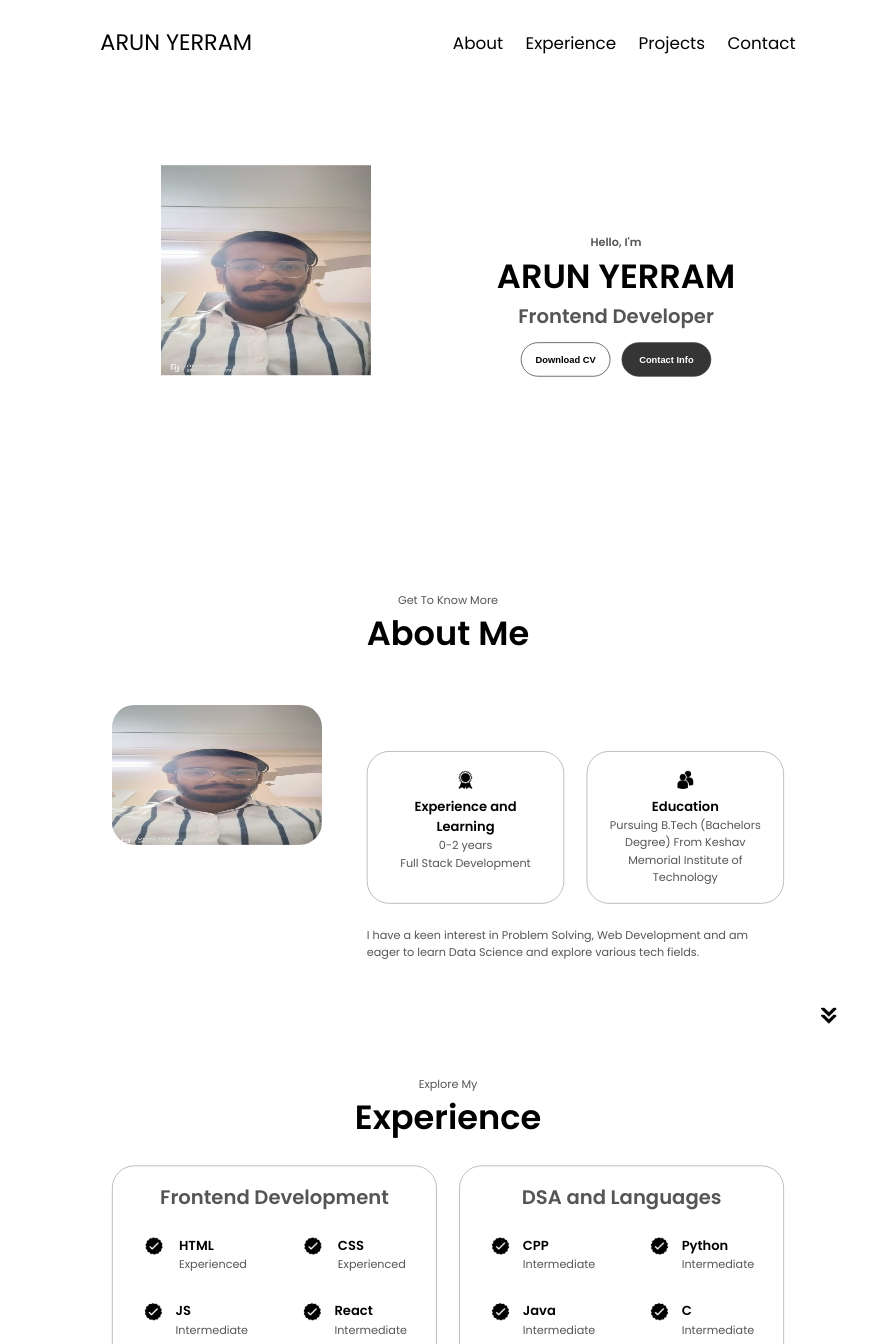
Repository: ARUN-YERRAM/ARUN-YERRAM-PORTFOLIO
Page: index.html
These files come from the project's save history. The page is drawn as it stood at one moment and after the next save; the edit follows.
The browser window is 1280 px wide. The pictures show the part of the page from y = 0 to 1920 px (the page is 3401 px tall), at 70% of full size.

Above is the page before, as saved 2024-09-04 01:33:06.

### index.html
<!DOCTYPE html>
<html lang="en">
<head>
  <meta charset="UTF-8" />
  <meta http-equiv="X-UA-Compatible" content="IE=edge" />
  <meta name="viewport" content="width=device-width, initial-scale=1.0" />
  <title>My Portfolio</title>
  <link rel="stylesheet" href="style.css" />
  <link rel="stylesheet" href="mediaqueries.css" />
</head>
<body>
  <nav id="desktop-nav">
    <div class="logo">ARUN YERRAM</div>
    <div>
      <ul class="nav-links">
        <li><a href="#about">About</a></li>
        <li><a href="#experience">Experience</a></li>
        <li><a href="#projects">Projects</a></li>
        <li><a href="#contact">Contact</a></li>
      </ul>
    </div>
  </nav>
  <nav id="hamburger-nav">
    <div class="logo">ARUN YERRAM</div>
    <div class="hamburger-menu">
      <div class="hamburger-icon" onclick="toggleMenu()">
        <span></span>
        <span></span>
        <span></span>
      </div>
      <div class="menu-links">
        <li><a href="#about" onclick="toggleMenu()">About</a></li>
        <li><a href="#experience" onclick="toggleMenu()">Experience</a></li>
        <li><a href="#projects" onclick="toggleMenu()">Projects</a></li>
        <li><a href="#contact" onclick="toggleMenu()">Contact</a></li>
      </div>
    </div>
  </nav>
  <section id="profile">
    <div class="section__pic-container">
      <img src="./assets/Arun.jpg" alt="John Doe profile picture" width="300px" height="300px" />
    </div>
    <div class="section__text">
      <p class="section__text__p1">Hello, I'm</p>
      <h1 class="title">ARUN YERRAM</h1>
      <p class="section__text__p2">Frontend Developer</p>
      <div class="btn-container">
        <button class="btn btn-color-2" onclick="window.open('./assets/My_Resume.pdf')">Download CV</button>
        <button class="btn btn-color-1" onclick="location.href='./#contact'">Contact Info</button>
      </div>

      <!-- <div id="coding-profiles">
        <p>My Coding Profiles</p>
        <div class="coding-icons">
          <img src="./assets/leetcode.png" alt="My LeetCode profile" class="icon" onclick="window.open('https://leetcode.com/u/arun_2005/', '_blank')" width="80px"/>
          <img src="./assets/GFG.jpeg" alt="My GFG profile" class="icon" width="80px" onclick="window.open('https://www.geeksforgeeks.org/user/arunyerram/?utm_source=geeksforgeeks&utm_medium=my_profile&utm_campaign=auth_user', '_blank')" />
          <img src="./assets/CodeChef.jpeg" alt="My CodeChef profile" class="icon" onclick="window.open('https://www.codechef.com/users/yarun2k05', '_blank')" width="80px"/>
          <img src="./assets/Codeforces.png" alt="My CodeForces profile" class="icon" width="80px" onclick="window.open('https://codeforces.com/profile/Arunyerram_12', '_blank')" />
          <img src="./assets/IB.png" alt="My InterviewBit profile" class="icon" width="80px" onclick="window.open('https://www.interviewbit.com/profile/yerram-arun/', '_blank')" />
        </div> -->
    </div>
  </section>
  <section id="about">
    <p class="section__text__p1">Get To Know More</p>
    <h1 class="title">About Me</h1>
    <div class="section-container">
      <div class="section__pic-container">
        <img src="./assets/Arun.jpg" alt="Profile picture" class="about-pic" width="300px" height="200px"/>
      </div>
      <div class="about-details-container">
        <div class="about-containers">
          <div class="details-container">
            <img src="./assets/experience.png" alt="Experience icon" class="icon" />
            <h3>Experience and Learning</h3>
            <p>0-2 years <br />Full Stack Development</p>
          </div>
          <div class="details-container">
            <img src="./assets/education.png" alt="Education icon" class="icon" />
            <h3>Education</h3>
            <p>Pursuing B.Tech (Bachelors Degree) From Keshav Memorial Institute of Technology <br /></p>
          </div>
        </div>
        <div class="text-container">
          <p>I have a keen interest in Problem Solving, Web Development and am eager to learn Data Science and explore various tech fields.</p>
        </div>
      </div>
    </div>
    <img src="./assets/arrow.png" alt="Arrow icon" class="icon arrow" onclick="location.href='./#experience'" />
  </section>
  <section id="experience">
    <p class="section__text__p1">Explore My</p>
    <h1 class="title">Experience</h1>
    <div class="experience-details-container">
      <div class="about-containers">
        <div class="details-container">
          <h2 class="experience-sub-title">Frontend Development</h2>
          <div class="article-container">
            <article>
              <img src="./assets/checkmark.png" alt="Experience icon" class="icon" />
              <div>
                <h3>HTML</h3>
                <p>Experienced</p>
              </div>
            </article>

            <article>
              <img src="./assets/checkmark.png" alt="Experience icon" class="icon" />
              <div>
                <h3>CSS</h3>
                <p>Experienced</p>
              </div>
            </article>

            <article>
              <img src="./assets/checkmark.png" alt="Experience icon" class="icon" />
              <div>
                <h3>JS</h3>
                <p>Intermediate</p>
              </div>
            </article>

            <article>
              <img src="./assets/checkmark.png" alt="Experience icon" class="icon" />
              <div>
                <h3>React</h3>
                <p>Intermediate</p>
              </div>
            </article>

            <article>
              <img src="./assets/checkmark.png" alt="Experience icon" class="icon" />
              <div>
                <h3>MongoDB</h3>
                <p>Intermediate</p>
              </div>
            </article>

            <article>
              <img src="./assets/checkmark.png" alt="Experience icon" class="icon" />
              <div>
                <h3>Node JS</h3>
                <p>Intermediate</p>
              </div>
            </article>

            <article>
              <img src="./assets/checkmark.png" alt="Experience icon" class="icon" />
              <div>
                <h3>Express JS</h3>
                <p>Intermediate</p>
              </div>
            </article>

            <article>
              <img src="./assets/checkmark.png" alt="Experience icon" class="icon" />
              <div>
                <h3>Git & GitHub</h3>
                <p>Intermediate</p>
              </div>
            </article>

          </div>
        </div>
        <div class="details-container">
          <h2 class="experience-sub-title">DSA and Languages</h2>
          <div class="article-container">
            <article>
              <img src="./assets/checkmark.png" alt="Experience icon" class="icon" />
              <div>
                <h3>CPP</h3>
                <p>Intermediate</p>
              </div>
            </article>
            <article>
              <img src="./assets/checkmark.png" alt="Experience icon" class="icon" />
              <div>
                <h3>Python</h3>
                <p>Intermediate</p>
              </div>
            </article>

            <article>
              <img src="./assets/checkmark.png" alt="Experience icon" class="icon" />
              <div>
                <h3>Java</h3>
                <p>Intermediate</p>
              </div>
            </article>

            <article>
              <img src="./assets/checkmark.png" alt="Experience icon" class="icon" />
              <div>
                <h3>C</h3>
                <p>Intermediate</p>
              </div>
            </article>
          </div>
        </div>
      </div>
    </div>
    <img src="./assets/arrow.png" alt="Arrow icon" class="icon arrow" onclick="location.href='./#projects'" />
  </section>
  <section id="projects">
    <p class="section__text__p1">Browse My Recent</p>
    <h1 class="title">Projects</h1>
    <div class="experience-details-container">
      <div class="about-containers">
        <div class="details-container color-container">
          <div class="article-container">
            <img src="./assets/P1.png" alt="Project 1" class="project-img" />
          </div>
          <h2 class="experience-sub-title project-title">NYAAYSAHAAYAK</h2>
          <div class="btn-container">
            <button class="btn btn-color-2 project-btn" onclick="location.href='https://github.com/ARUN-YERRAM/NYAAYSAHAAYAK'">GitHub</button>
            <button class="btn btn-color-2 project-btn" onclick="location.href=''">Live Demo</button>
          </div>
        </div>
        <div class="details-container color-container">
          <div class="article-container">
            <img src="./assets/project-2.png" alt="Project 2" class="project-img" />
          </div>
          <h2 class="experience-sub-title project-title">LecturesCheck</h2>
          <div class="btn-container">
            <button class="btn btn-color-2 project-btn" onclick="location.href='https://github.com/ARUN-YERRAM/LecturesCheck'">GitHub</button>
            <button class="btn btn-color-2 project-btn" onclick="location.href=''">Live Demo</button>
          </div>
        </div>
      </div>
    </div>
    <img src="./assets/arrow.png" alt="Arrow icon" class="icon arrow" onclick="location.href='./#contact'" />
  </section>
  <section id="contact">
    <p class="section__text__p1">Get in Touch</p>
    <h1 class="title">Contact Me</h1>
    <div class="contact-info-upper-container">
      <div class="contact-info-container">
        <img src="./assets/email.png" alt="Email icon" class="icon contact-icon email-icon" />
        <p><a href="mailto:arunyerram12022005@gmail.com">arunyerram12022005@gmail.com</a></p>
      </div>
      <div class="contact-info-container">
        <img src="./assets/linkedin.png" alt="LinkedIn icon" class="icon contact-icon" />
        <p><a href="https://www.linkedin.com/in/arun-yerram/">LinkedIn</a></p>
      </div>
    </div>
  </section>
  <footer>
    <nav>
      <div class="nav-links-container">
        <ul class="nav-links">
          <li><a href="#about">About</a></li>
          <li><a href="#experience">Experience</a></li>
          <li><a href="#projects">Projects</a></li>
          <li><a href="#contact">Contact</a></li>
        </ul>
      </div>
    </nav>
    <p>Copyright &#169; 2024 Arun Yerram. All Rights Reserved.</p>
  </footer>
  <script src="script.js"></script>
</body>
</html>

### style.css
/* GENERAL */

@import url("https://fonts.googleapis.com/css2?family=Poppins:wght@300;400;500;600&display=swap");

* {
  margin: 0;
  padding: 0;
}

body {
  font-family: "Poppins", sans-serif;
}

html {
  scroll-behavior: smooth;
}

p {
  color: rgb(85, 85, 85);
}

/* TRANSITION */

a,
.btn {
  transition: all 300ms ease;
}


/* DESKTOP NAV */

nav,
.nav-links {
  display: flex;
}

nav {
  justify-content: space-around;
  align-items: center;
  height: 17vh;
}

.nav-links {
  gap: 2rem;
  list-style: none;
  font-size: 1.5rem;
}

a {
  color: black;
  text-decoration: none;
  text-decoration-color: white;
}

a:hover {
  color: grey;
  text-decoration: underline;
  text-underline-offset: 1rem;
  text-decoration-color: rgb(181, 181, 181);
}

.logo {
  font-size: 2rem;
}

.logo:hover {
  cursor: default;
}

/* HAMBURGER MENU */

#hamburger-nav {
  display: none;
}

.hamburger-menu {
  position: relative;
  display: inline-block;
}

.hamburger-icon {
  display: flex;
  flex-direction: column;
  justify-content: space-between;
  height: 24px;
  width: 30px;
  cursor: pointer;
}

.hamburger-icon span {
  width: 100%;
  height: 2px;
  background-color: black;
  transition: all 0.3 ease-in-out;
}

.menu-links {
  position: absolute;
  top: 100%;
  right: 0;
  background-color: white;
  width: fit-content;
  max-height: 0;
  overflow: hidden;
  transition: all 0.3 ease-in-out;
}

.menu-links a {
  display: block;
  padding: 10px;
  text-align: center;
  font-size: 1.5rem;
  color: black;
  text-decoration: none;
  transition: all 0.3 ease-in-out;
}

.menu-links li {
  list-style: none;
}

.menu-links.open {
  max-height: 300px;
}

.hamburger-icon.open span:first-child {
  transform: rotate(45deg) translate(10px, 5px);
}

.hamburger-icon.open span:nth-child(2) {
  opacity: 0;
}

.hamburger-icon.open span:last-child {
  transform: rotate(-45deg) translate(10px, -5px);
}

.hamburger-icon span:first-child {
  transform: none;
}

.hamburger-icon span:first-child {
  opacity: 1;
}

.hamburger-icon span:first-child {
  transform: none;
}


#socials-container {
  display: flex;
  align-items: center;
  justify-content: center;
  margin-top: 20px; /* Adjusted space between buttons and profiles */
}

#coding-profiles {
  margin-top: 40px; /* Space between social icons and coding profiles */
  text-align: center;
}

#coding-profiles p {
  font-size: 1.2em;
  margin-bottom: 20px; /* Space between heading and icons */
}

.coding-icons {
  display: flex;
  justify-content: center;
  gap: 20px; /* Space between coding profile icons */
}


/* SECTIONS */

section {
  padding-top: 4vh;
  height: 96vh;
  margin: 0 10rem;
  box-sizing: border-box;
  min-height: fit-content;
}

.section-container {
  display: flex;
}

/* PROFILE SECTION */

#profile {
  display: flex;
  justify-content: center;
  gap: 5rem;
  height: 80vh;
}

.section__pic-container {
  display: flex;
  height: 400px;
  width: 400px;
  margin: auto 0;
}

.section__text {
  align-self: center;
  text-align: center;
}

.section__text p {
  font-weight: 600;
}

.section__text__p1 {
  text-align: center;
}

.section__text__p2 {
  font-size: 1.75rem;
  margin-bottom: 1rem;
}

.title {
  font-size: 3rem;
  text-align: center;
}

#socials-container {
  display: flex;
  justify-content: center;
  margin-top: 1rem;
  gap: 1rem;
}

/* ICONS */

.icon {
  cursor: pointer;
  height: 2rem;
}

/* BUTTONS */

.btn-container {
  display: flex;
  justify-content: center;
  gap: 1rem;
}

.btn {
  font-weight: 600;
  transition: all 300ms ease;
  padding: 1rem;
  width: 8rem;
  border-radius: 2rem;
}

.btn-color-1,
.btn-color-2 {
  border: rgb(53, 53, 53) 0.1rem solid;
}

.btn-color-1:hover,
.btn-color-2:hover {
  cursor: pointer;
}

.btn-color-1,
.btn-color-2:hover {
  background: rgb(53, 53, 53);
  color: white;
}

.btn-color-1:hover {
  background: rgb(0, 0, 0);
}

.btn-color-2 {
  background: none;
}

.btn-color-2:hover {
  border: rgb(255, 255, 255) 0.1rem solid;
}

.btn-container {
  gap: 1rem;
}

/* ABOUT SECTION */

#about {
  position: relative;
}

.about-containers {
  gap: 2rem;
  margin-bottom: 2rem;
  margin-top: 2rem;
}

.about-details-container {
  justify-content: center;
  flex-direction: column;
}

.about-containers,
.about-details-container {
  display: flex;
}

.about-pic {
  border-radius: 2rem;
}

.arrow {
  position: absolute;
  right: -5rem;
  bottom: 2.5rem;
}

.details-container {
  padding: 1.5rem;
  flex: 1;
  background: white;
  border-radius: 2rem;
  border: rgb(53, 53, 53) 0.1rem solid;
  border-color: rgb(163, 163, 163);
  text-align: center;
}

.section-container {
  gap: 4rem;
  height: 80%;
}

.section__pic-container {
  height: 400px;
  width: 400px;
  margin: auto 0;
}

/* EXPERIENCE SECTION */

#experience {
  position: relative;
}

.experience-sub-title {
  color: rgb(85, 85, 85);
  font-weight: 600;
  font-size: 1.75rem;
  margin-bottom: 2rem;
}

.experience-details-container {
  display: flex;
  justify-content: center;
  flex-direction: column;
}

.article-container {
  display: flex;
  text-align: initial;
  flex-wrap: wrap;
  flex-direction: row;
  gap: 2.5rem;
  justify-content: space-around;
}

article {
  display: flex;
  width: 10rem;
  justify-content: space-around;
  gap: 0.5rem;
}

article .icon {
  cursor: default;
}

/* PROJECTS SECTION */

#projects {
  position: relative;
}

.color-container {
  border-color: rgb(163, 163, 163);
  background: rgb(250, 250, 250);
}

.project-img {
  border-radius: 2rem;
  width: 90%;
  height: 90%;
}

.project-title {
  margin: 1rem;
  color: black;
}

.project-btn {
  color: black;
  border-color: rgb(163, 163, 163);
}

/* CONTACT */

#contact {
  display: flex;
  justify-content: center;
  flex-direction: column;
  height: 70vh;
}

.contact-info-upper-container {
  display: flex;
  justify-content: center;
  border-radius: 2rem;
  border: rgb(53, 53, 53) 0.1rem solid;
  border-color: rgb(163, 163, 163);
  background: (250, 250, 250);
  margin: 2rem auto;
  padding: 0.5rem;
}

.contact-info-container {
  display: flex;
  align-items: center;
  justify-content: center;
  gap: 0.5rem;
  margin: 1rem;
}

.contact-info-container p {
  font-size: larger;
}

.contact-icon {
  cursor: default;
}

.email-icon {
  height: 2.5rem;
}

/* FOOTER SECTION */

footer {
  height: 26vh;
  margin: 0 1rem;
}

footer p {
  text-align: center;
}

### mediaqueries.css
@media screen and (max-width: 1400px) {
  #profile {
    height: 83vh;
    margin-bottom: 6rem;
  }
  .about-containers {
    flex-wrap: wrap;
  }
  #contact,
  #projects {
    height: fit-content;
  }
}

@media screen and (max-width: 1200px) {
  #desktop-nav {
    display: none;
  }
  #hamburger-nav {
    display: flex;
  }
  #experience,
  .experience-details-container {
    margin-top: 2rem;
  }
  #profile,
  .section-container {
    display: block;
  }
  .arrow {
    display: none;
  }
  section,
  .section-container {
    height: fit-content;
  }
  section {
    margin: 0 5%;
  }
  .section__pic-container {
    width: 275px;
    height: 275px;
    margin: 0 auto 2rem;
  }
  .about-containers {
    margin-top: 0;
  }
}

@media screen and (max-width: 600px) {
  #contact,
  footer {
    height: 40vh;
  }
  #profile {
    height: 83vh;
    margin-bottom: 0;
  }
  article {
    font-size: 1rem;
  }
  footer nav {
    height: fit-content;
    margin-bottom: 2rem;
  }
  .about-containers,
  .contact-info-upper-container,
  .btn-container {
    flex-wrap: wrap;
  }
  .contact-info-container {
    margin: 0;
  }
  .contact-info-container p,
  .nav-links li a {
    font-size: 1rem;
  }
  .experience-sub-title {
    font-size: 1.25rem;
  }
  .logo {
    font-size: 1.5rem;
  }
  .nav-links {
    flex-direction: column;
    gap: 0.5rem;
    text-align: center;
  }
  .section__pic-container {
    width: auto;
    height: 46vw;
    justify-content: center;
  }
  .section__text__p2 {
    font-size: 1.25rem;
  }
  .title {
    font-size: 2rem;
  }
  .text-container {
    text-align: justify;
  }
}

Loaded but not shown: script.js (common file)

After the next save:
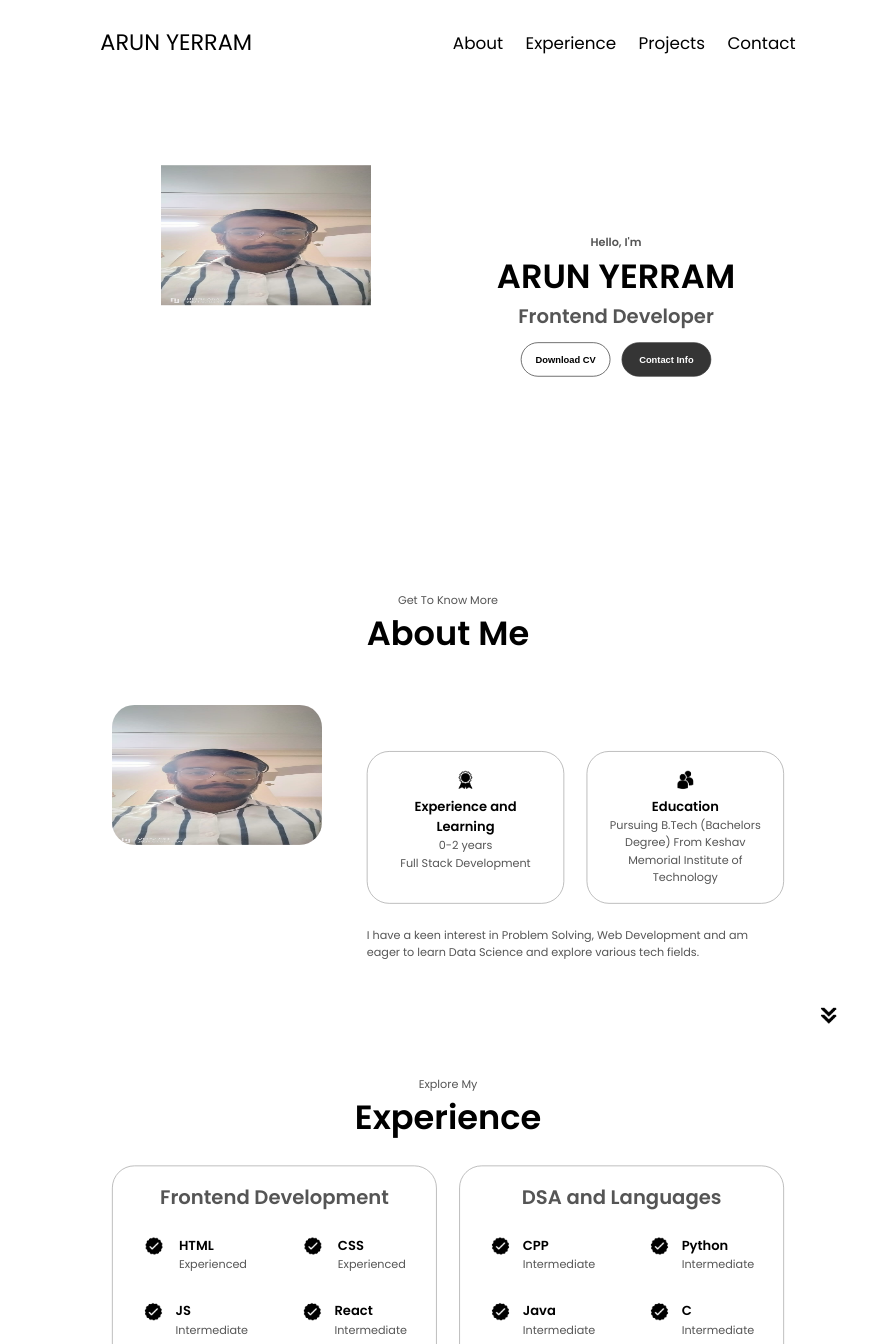
Saved 4 s later.
--- a/index.html
+++ b/index.html
@@ -38,7 +38,7 @@
   </nav>
   <section id="profile">
     <div class="section__pic-container">
-      <img src="./assets/Arun.jpg" alt="John Doe profile picture" width="300px" height="300px" />
+      <img src="./assets/Arun.jpg" alt="John Doe profile picture" width="300px" height="200px" />
     </div>
     <div class="section__text">
       <p class="section__text__p1">Hello, I'm</p>
